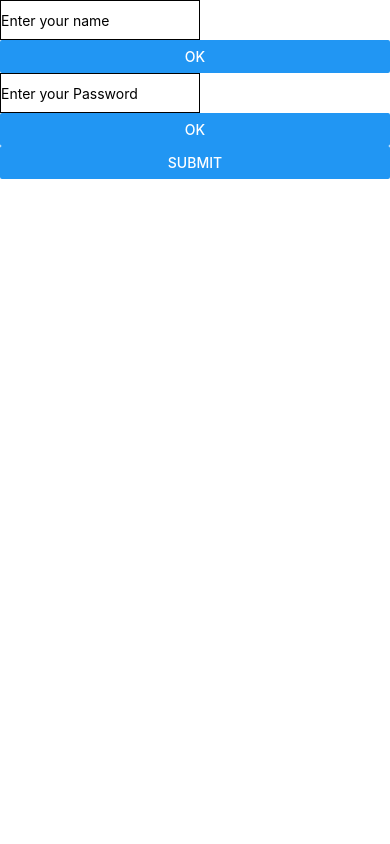
Repository: vsangavi/ReactNative-Form
Screen: /
An editor plug-in stored every save of this project. The screen is shown before and after a run of saves, followed by the edit.
The app was drawn by React Native's web renderer in a window 390 px wide. The project was rebuilt for these pictures with package versions that can differ from the ones it lists, and the page was loaded fresh each time.

Above is the screen before, as saved 2020-10-02 08:18:40.

After the next 3 saves:
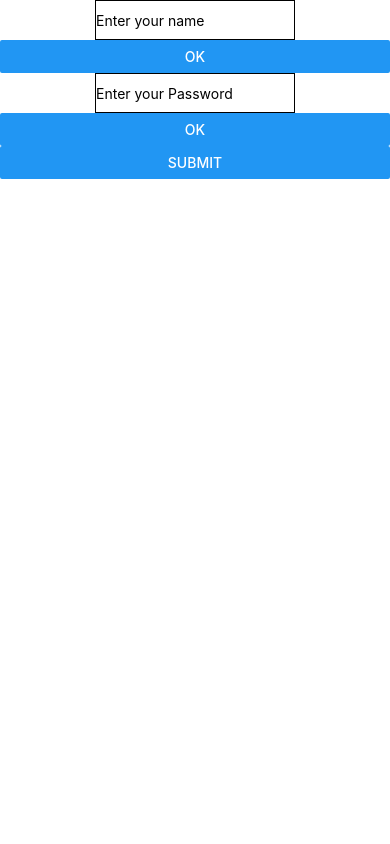
The 3 saves are shown as one change because 1 did not build or start and some came seconds apart.
The last was saved 12 s later.
--- a/Input.js
+++ b/Input.js
@@ -50,6 +50,7 @@ const styles = StyleSheet.create({
     justifyContent: 'center',
     alignItems: 'center',
     alignContent:"center",
+    alignSelf:"center",
     width: 200,
     borderWidth: 1,
   },
